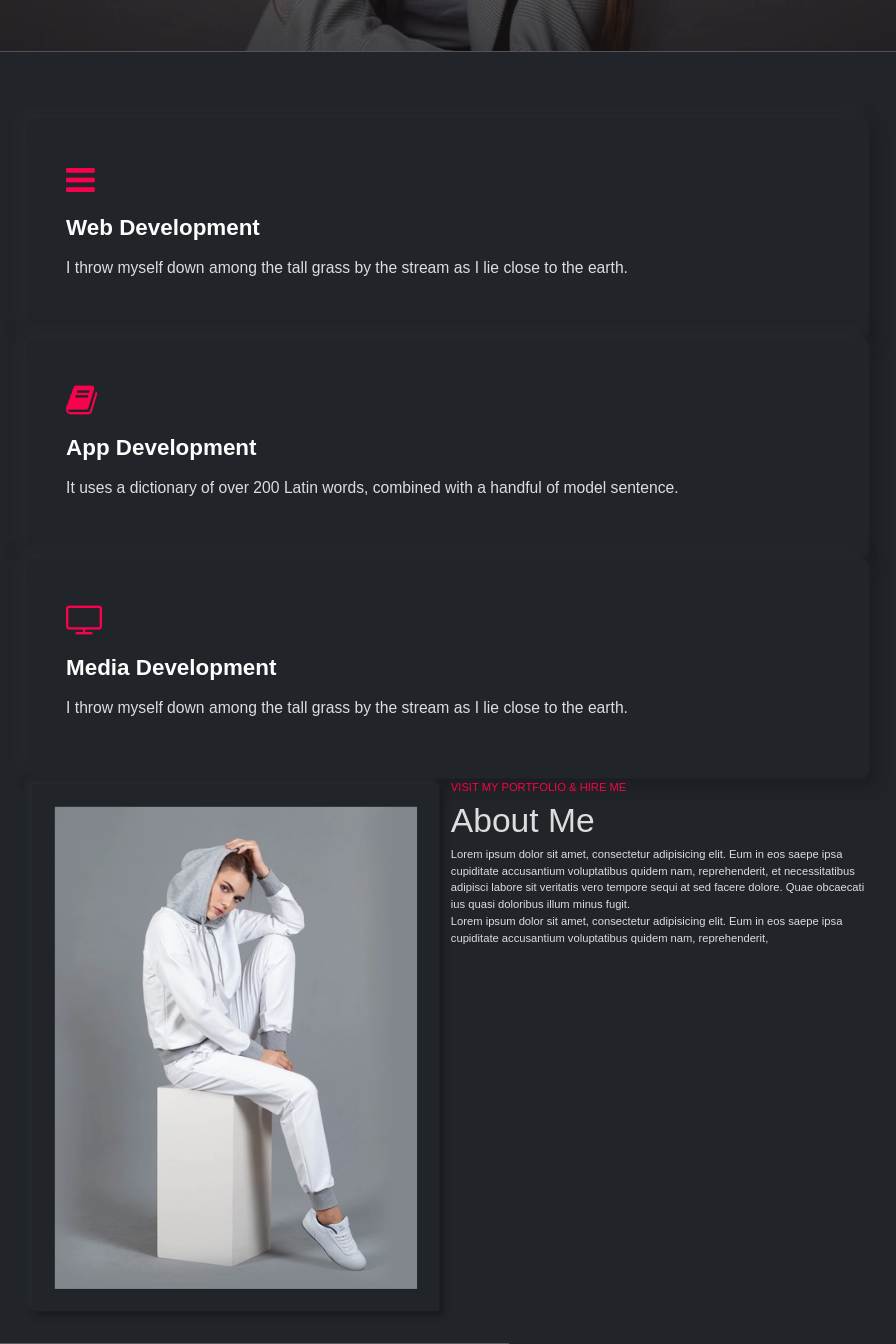
Repository: arminprogramme/inbio
Page: /
An editor plug-in stored every save of this project. The page is shown before and after the next save, followed by the edit.
The browser window is 1280 px wide. The pictures show the part of the page from y = 795 to 2715 px (the page is 2715 px tall), at 70% of full size.
Some web libraries are served in a nearby version. The project was rebuilt for these pictures with package versions that can differ from the ones it lists, and the page was loaded fresh each time. Also part of the build but not shown: vite.config.js.

Above is the page before, as saved 2023-10-20 03:40:16.

### index.html
<!doctype html>
<html lang="en">

<head>
    <meta charset="UTF-8" />
    <link rel="icon" type="image/svg+xml" href="/vite.svg" />
    <link rel="stylesheet" href="https://cdnjs.cloudflare.com/ajax/libs/font-awesome/4.7.0/css/font-awesome.min.css">
    <link href="https://cdnjs.cloudflare.com/ajax/libs/flowbite/1.8.1/flowbite.min.css" rel="stylesheet" />
    <meta name="viewport" content="width=device-width, initial-scale=1.0" />
    <title>Vite + React</title>
</head>

<body>
    <div id="root"></div>
    <script src="https://cdnjs.cloudflare.com/ajax/libs/flowbite/1.8.1/flowbite.min.js"></script>
    <script type="module" src="/src/main.jsx"></script>
</body>

</html>

### src/App.jsx
import   { Component } from 'react';
import LandingPage from './Component/LandingPage.jsx'
import './App.css'

class App extends Component {


  render() {
    return (
    <div>
      <LandingPage />
    </div>
    );
  }


}

export default App;

### src/index.css
:root {
    font-family: Inter, system-ui, Avenir, Helvetica, Arial, sans-serif;
}

a {
    font-weight: 500;
    color: #646cff;
    text-decoration: inherit;
}

* {
    padding: 0;
    margin: 0;
    box-sizing: border-box;
}

@tailwind base;
@tailwind components;
@tailwind utilities;
a:hover {
    color: #535bf2;
}

body {
    margin: 0;
    font-family: 'Vazir', sans-serif;
}

h1 {
    font-size: 3.2em;
    line-height: 1.1;
}

@media (prefers-color-scheme: light) {
     :root {
        color: #213547;
        background-color: #ffffff;
    }
    a:hover {
        color: #747bff;
    }
    button {
        background-color: #f9f9f9;
    }
}

### src/Component/LandingPage.jsx
import  { Component } from 'react';
import Header from './Header/Header.jsx'
import Body from './Body/Body.jsx'
//import Footer from './Footer/Footer.jsx'
class LandingPage extends Component {
    render() {
        return (
            <div>
                <Header/>
                <Body/>

            </div>
        );
    }
}

export default LandingPage;

### src/Component/Header/Header.jsx
import  { Component } from 'react';
import NavBar from './Navbar.jsx'
import './Header.css'
class Header extends Component {
    render() {
        return (
            <div>
                <NavBar/>
                <div className="banner-header text-center">
                    <h1 className='font-bold text-white'>KRISTINA SOMOLYER</h1>
                    <p>American Supermodel & Entrepreneur</p>
                </div>
            </div>
        );
    }
}

export default Header;

### src/Component/Body/Body.jsx
import  { Component } from 'react';
import Services from './Services/Services.jsx'
import About from './About/About.jsx'
import './Body.css'
class Body extends Component {
    render() {
        return (
            <>
            <div className='black-bg '>
                <div className="limit-width">
                    <Services/>
                    <About/>
                </div>
            </div>
            </>
        );
    }
}

export default Body;

### src/Component/Header/Navbar.jsx
import  { Component } from 'react';

class Navbar extends Component {
    render() {
        return (
            <div>

<nav className=" black-bg">
  <div className="max-w-screen-xl flex flex-wrap items-center justify-between mx-auto p-6">
    <a href="https://.com/" className="flex items-center">
       <h2 className='text-white'>React Project</h2>
    </a>
    <button data-collapse-toggle="navbar-default" type="button"  className="inline-flex items-center p-2 w-10 h-10 justify-center text-sm text-white rounded-lg md:hidden " aria-controls="navbar-default" aria-expanded="false">
    <i className="fa fa-bars text-white"></i>

    </button>
    <div className="hidden w-full md:block md:w-auto" id="navbar-default">
      <ul className="font-medium flex flex-col p-4 md:p-0 mt-4 border border-gray-100 rounded-lg text-white md:flex-row md:space-x-8 md:mt-0 md:border-0 black-bg">
        <li>
          <a href="#" className="block py-2 pl-3 pr-4 text-white md:hover:text-gray-700 dark:text-white md:dark:hover:text-gray-500 rounded md:bg-transparent md:p-0 " aria-current="page">Home</a>
        </li>
        <li>
          <a href="#" className="block py-2 pl-3 pr-4 text-gray-900 rounded hover:bg-gray-100 md:hover:bg-transparent md:border-0 md:hover:text-gray-700 md:p-0 dark:text-white md:dark:hover:text-gray-500 dark:hover:bg-gray-700 dark:hover:text-white md:dark:hover:bg-transparent">About</a>
        </li>
        <li>
          <a href="#" className="block py-2 pl-3 pr-4 text-gray-900 rounded md:hover:text-gray-700 md:p-0 dark:text-white md:dark:hover:text-gray-500 dark:hover:bg-gray-700 dark:hover:text-white md:dark:hover:bg-transparent">Services</a>
        </li>
        <li>
          <a href="#" className="block py-2 pl-3 pr-4 text-gray-900 rounded hover:bg-gray-100 md:hover:bg-transparent md:border-0 md:hover:text-gray-700 md:p-0 dark:text-white md:dark:hover:text-gray-500 dark:hover:bg-gray-700 dark:hover:text-white md:dark:hover:bg-transparent">Pricing</a>
        </li>
        <li>
          <a href="#" className="block py-2 pl-3 pr-4 text-gray-900 rounded hover:bg-gray-100 md:hover:bg-transparent md:border-0md:hover:text-gray-700 md:p-0 dark:text-white md:dark:hover:text-gray-500 dark:hover:bg-gray-700 dark:hover:text-white md:dark:hover:bg-transparent">Contact</a>
        </li>
      </ul>
    </div>
  </div>
</nav>

            </div>
        );
    }
}

export default Navbar;

### src/Component/Header/Header.css
.black-bg {
    background-color: #212428;
}

.banner-header {
    background-image: url(../../../bg-image-12.webp);
    background-position: center;
    background-size: cover;
    padding: 20.25rem 0;
}

.banner-header h1 {
    letter-spacing: 6px;
    font-size: 3.2rem;
}

.banner-header p {
    letter-spacing: 6px;
    font-size: 1.2rem;
    padding: 2rem 0;
    color: #fff;
}

### src/Component/Body/Services/Services.jsx
import  { Component } from 'react';
import ServicesItem from './ServicesItem.jsx'
import './Services.css'
class Services extends Component {

    constructor(props){
        super(props)

        this.state = {
            services : [
                {id : 1 , icon : 'red-color fa fa-bars' , title : 'Web Development' , text : 'I throw myself down among the tall grass by the stream as I lie close to the earth.'},
                {id : 2 , icon : 'red-color fa fa-book' , title : 'App Development' , text : 'It uses a dictionary of over 200 Latin words, combined with a handful of model sentence.'},
                {id : 3 , icon : 'red-color fa fa-television' , title : 'Media Development' , text : 'I throw myself down among the tall grass by the stream as I lie close to the earth.'},
            ]
        }
    }
    render() {
        return (
            <div>
              <div className="grid  grid-cols-1 lg:grid-cols-3 gap-10">
              {this.state.services.map(services => {
                return <ServicesItem key={services.id} {...services} />
               })}
              </div>
            </div>
        );
    }
}

export default Services;

### src/Component/Body/About/About.jsx
import  { Component } from 'react';
import   './About.css'
class About extends Component {
    render() {
        return (
            <div>
                <div className="about-container my-52 grid grid-cols-1 lg:grid-cols-2 gap-2">
                    <div className="img-about">
                        <div className="inner-img-about">
                            <img src="about-5.webp" className='rounded' alt="" />
                        </div>
                    </div>
                    <div className="content-about">
                        <h5 className='red-color'>VISIT MY PORTFOLIO & HIRE ME</h5>
                        <h2>About Me</h2>
                        <p>Lorem ipsum dolor sit amet, consectetur adipisicing elit. Eum in eos saepe ipsa cupiditate accusantium voluptatibus quidem nam, reprehenderit, et necessitatibus adipisci labore sit veritatis vero tempore sequi at sed facere dolore. Quae obcaecati ius quasi doloribus illum minus fugit.</p>
                        <p>Lorem ipsum dolor sit amet, consectetur adipisicing elit. Eum in eos saepe ipsa cupiditate accusantium voluptatibus quidem nam, reprehenderit,</p>
                    </div>
                </div>
            </div>
        );
    }
}

export default About;

### src/Component/Body/Body.css
.limit-width {
    max-width: 1450px;
    padding: 6rem 3% 3%;
    margin: auto;
}

### src/Component/Body/Services/ServicesItem.jsx
import { Component } from 'react';

class ServicesItem extends Component {
    render() {
        return (
            <div className='services-item'>
                <div className="icon-services">
                    <i className={this.props.icon}></i>
                </div>
                <div className="content-services">
                <h2 className='font-bold'>{this.props.title}</h2>
                <p>{this.props.text}</p>
                </div>
            </div>
        );
    }
}

export default ServicesItem;

### src/Component/Body/Services/Services.css
.icon-services i {
    font-size: 3rem;
}

.red-color {
    color: #f8024e;
}

.content-services {
    padding: 1.2rem 0;
    color: #FDFDFE;
}

.content-services h2 {
    font-size: 2rem;
    padding-bottom: 1rem;
}

.content-services p {
    line-height: 2.25rem;
    font-size: 1.4rem;
}

.services-item {
    border-radius: 12px;
    transition: 0.5s!important;
    padding: 4rem 3.5rem;
    background: #212428;
    box-shadow: 10px 10px 20px #1b1e21, -10px -10px 20px #272a2f;
    -webkit-transition: 0.5s!important;
    -moz-transition: 0.5s!important;
    -ms-transition: 0.5s!important;
    -o-transition: 0.5s!important;
    cursor: pointer;
}

.services-item:hover {
    border-radius: 12px;
    transform: translateY(-1.2rem);
    transition: 0.5s!important;
    background: linear-gradient(145deg, #23272b, #16171a);
    box-shadow: 10px 10px 13px #1b1e21, -10px -10px 13px #272a2f;
    -webkit-transition: 0.5s!important;
    -moz-transition: 0.5s!important;
    -ms-transition: 0.5s!important;
    -o-transition: 0.5s!important;
    -webkit-transform: translateY(-1.2rem);
    -moz-transform: translateY(-1.2rem);
    -ms-transform: translateY(-1.2rem);
    -o-transform: translateY(-1.2rem);
}

### src/Component/Body/About/About.css
.inner-img-about,
.img-about {
    padding: 0.5rem;
    border-radius: 5px;
    max-width: 100%;
}

.inner-img-about {
    border-radius: 5px;
    background: #212428;
    box-shadow: 5px 5px 10px #17191c, -5px -5px 10px #2b2f34;
    -webkit-border-radius: 5px;
    -moz-border-radius: 5px;
    -ms-border-radius: 5px;
    -o-border-radius: 5px;
}

.inner-img-about img {
    width: 100%;
    border-radius: 5px!important;
    -webkit-border-radius: 5px!important;
    -moz-border-radius: 5px!important;
    padding: 1.5rem;
    -ms-border-radius: 5px!important;
    -o-border-radius: 5px!important;
}

.content-about h2,
p {
    color: #ddd;
}

.content-about h2 {
    font-size: 3rem;
}

Loaded but not shown: src/main.jsx (common file); src/App.css (common file)

After the next save:
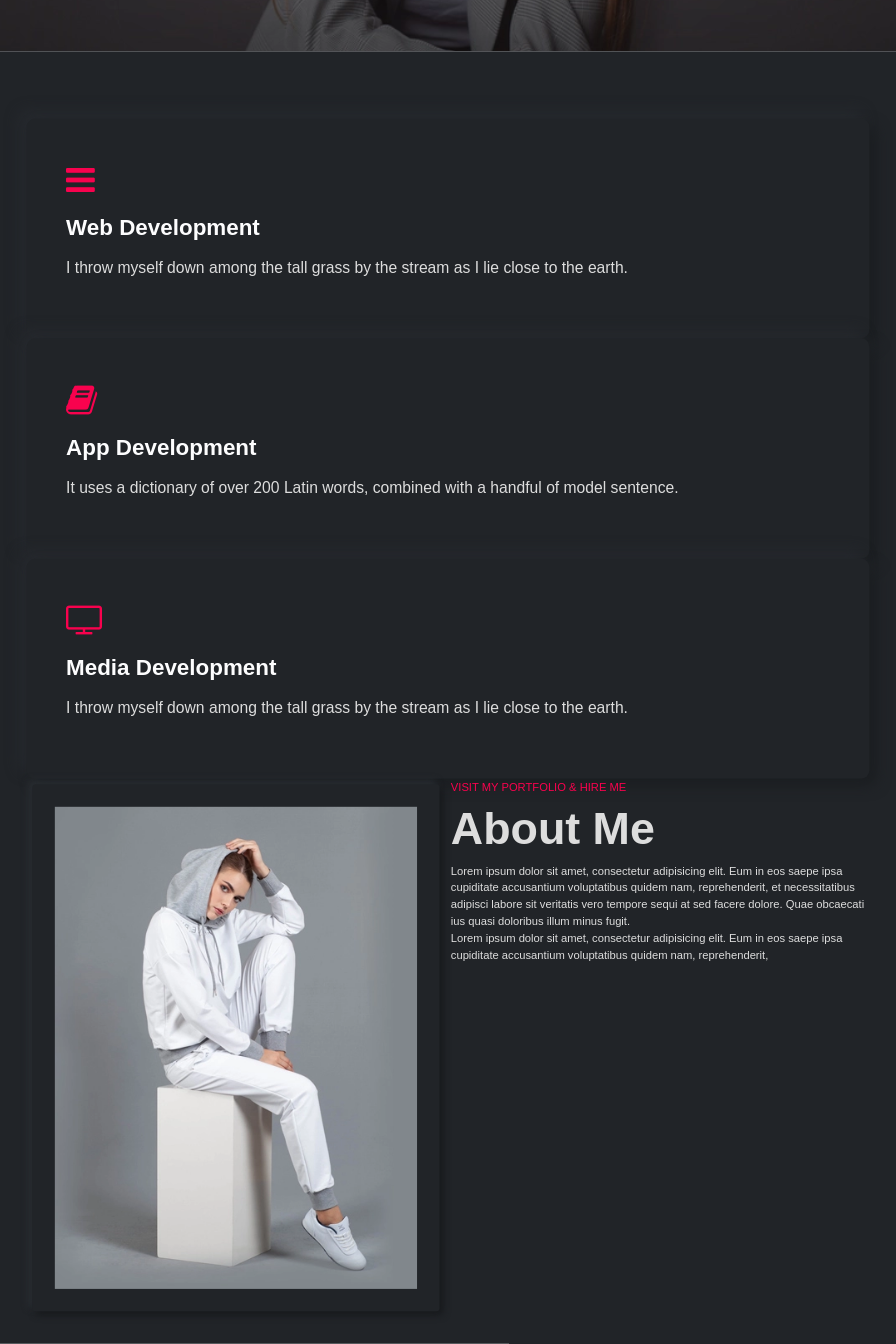
Saved 12 s later.
--- a/src/Component/Body/About/About.css
+++ b/src/Component/Body/About/About.css
@@ -31,5 +31,6 @@ p {
 }
 
 .content-about h2 {
-    font-size: 3rem;
+    font-size: 4rem;
+    font-weight: bold;
 }
